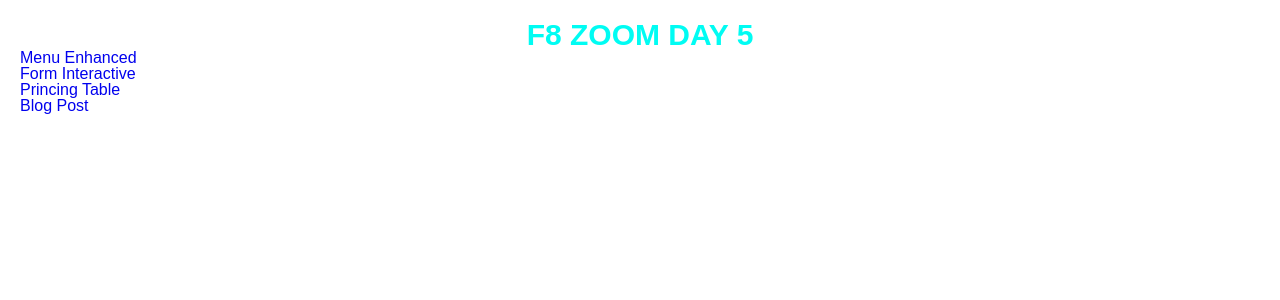
Repository: lannguyen1301/f8-zoom-day-5
Page: index.html
An editor plug-in stored every save of this project. The page is shown before and after a run of saves, followed by the edit.
The browser window is 1280 px wide. The pictures show the whole page.

Above is the page before, as saved 2025-04-21 13:01:53.

After the next 2 saves:
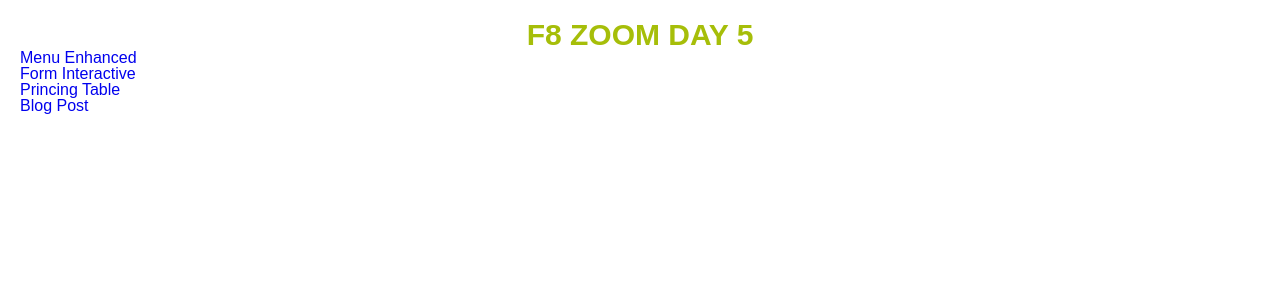
The 2 saves are shown as one change because they came seconds apart.
The last was saved 7 s later.
--- a/assets/css/style.css
+++ b/assets/css/style.css
@@ -25,5 +25,5 @@ a {
     font-size: 3rem;
     text-align: center;
     font-weight: 900;
-    color: #00fcf3;
+    color: #a6be09;
 }
